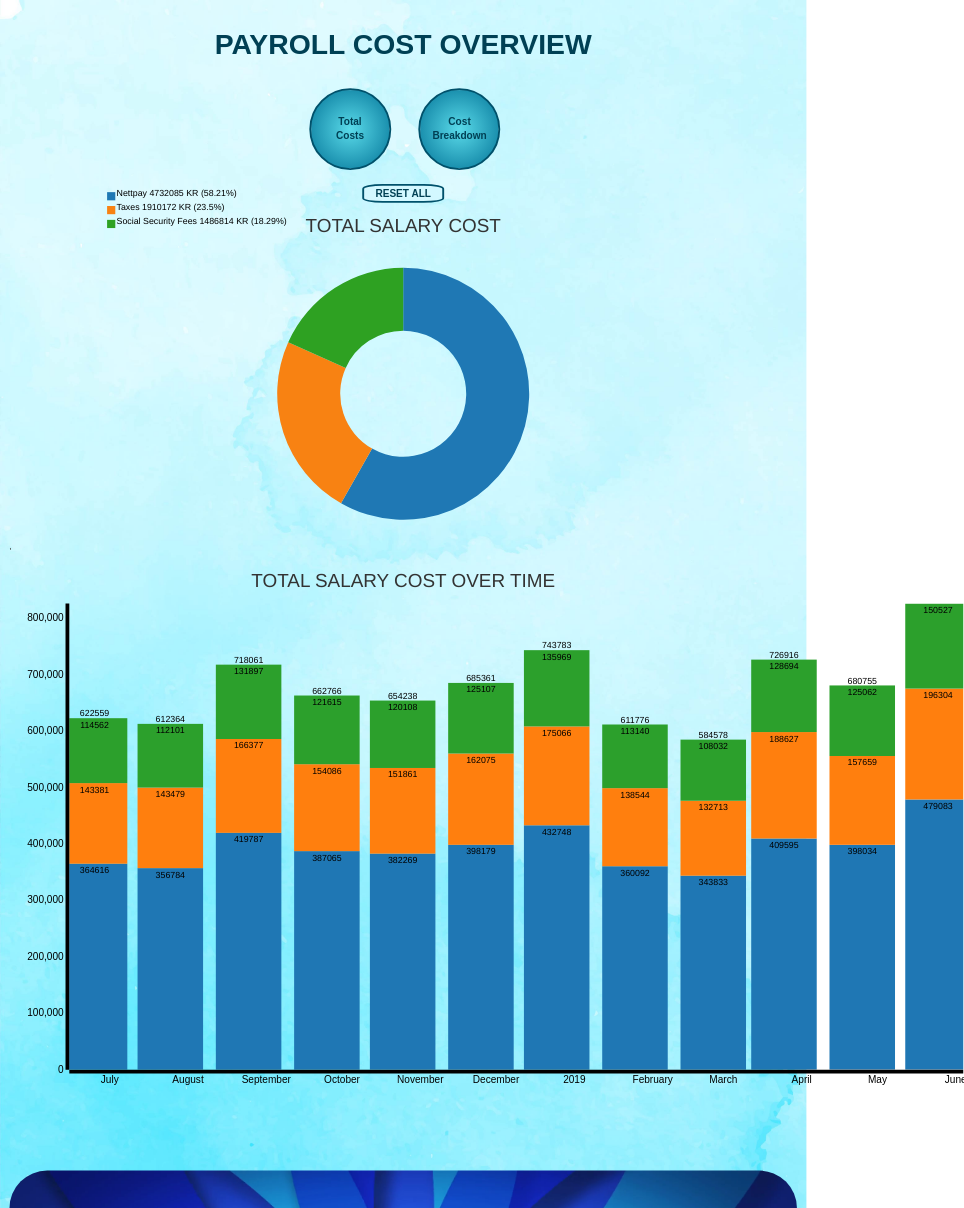
Repository: Code-Institute-Submissions/danfiliphoff-Milestoneproject-2
Page: total_cost.html
The author's editor kept a record of every edit. The page is drawn from the files as they stood at one moment, then again after the next edit.
The browser window is 1280 px wide. The page is 1530 px wide, so the pictures cover 1530 px, including what lies to the right of the window. The pictures show the whole page, at 63% of full size.

Above is the page before.

After the next edit:
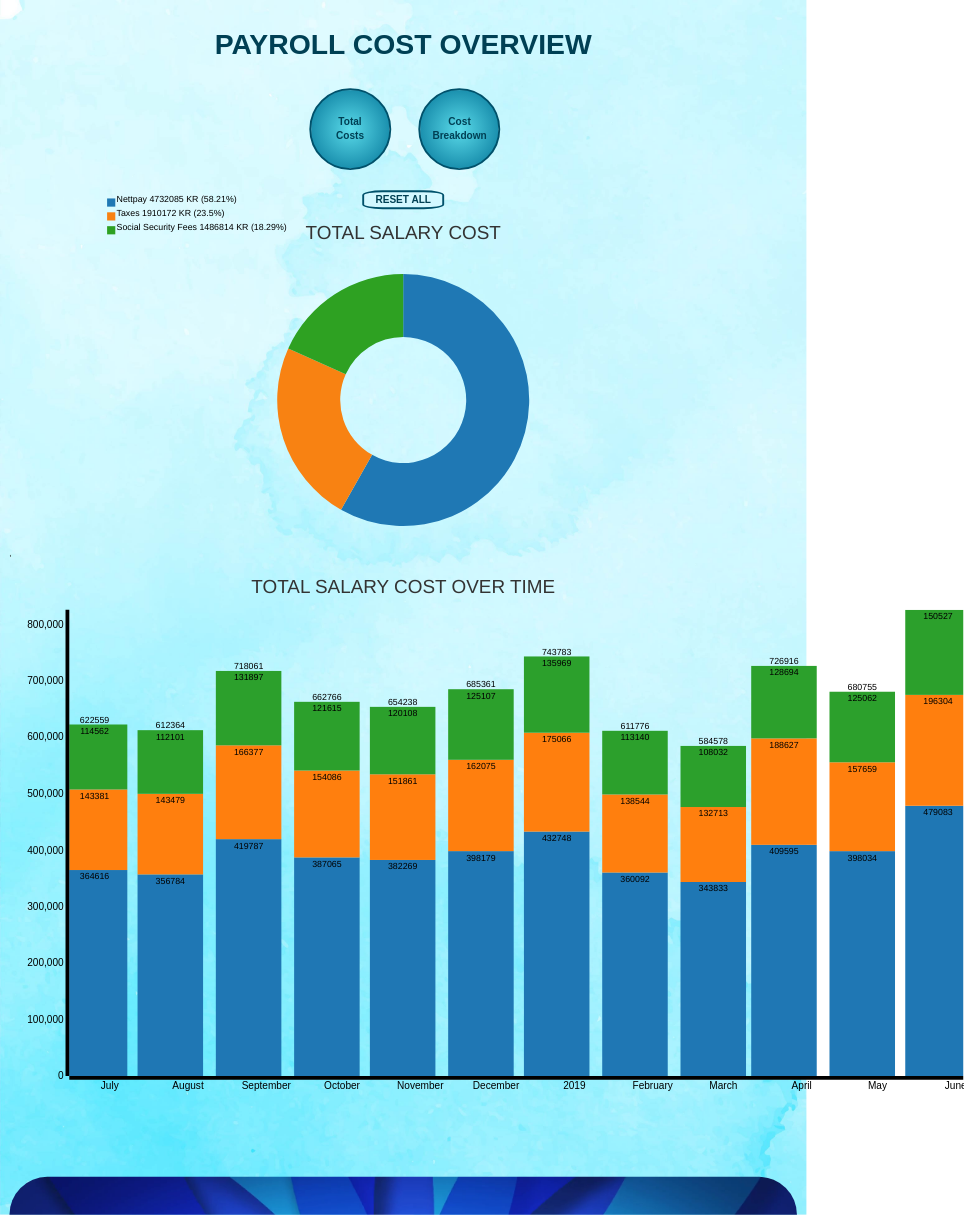
The edit:
--- a/static/css/style.css
+++ b/static/css/style.css
@@ -161,7 +161,7 @@
     text-transform: uppercase;
 }
 
-#index-background > div > div.container > div:nth-child(2) > div > button
+#index-background > div > div.container > div:nth-child(2) > div > button,
 #index-background > div > div.row > div > button{
     margin-top:10px!important;
 }

After the 2 edits that followed:
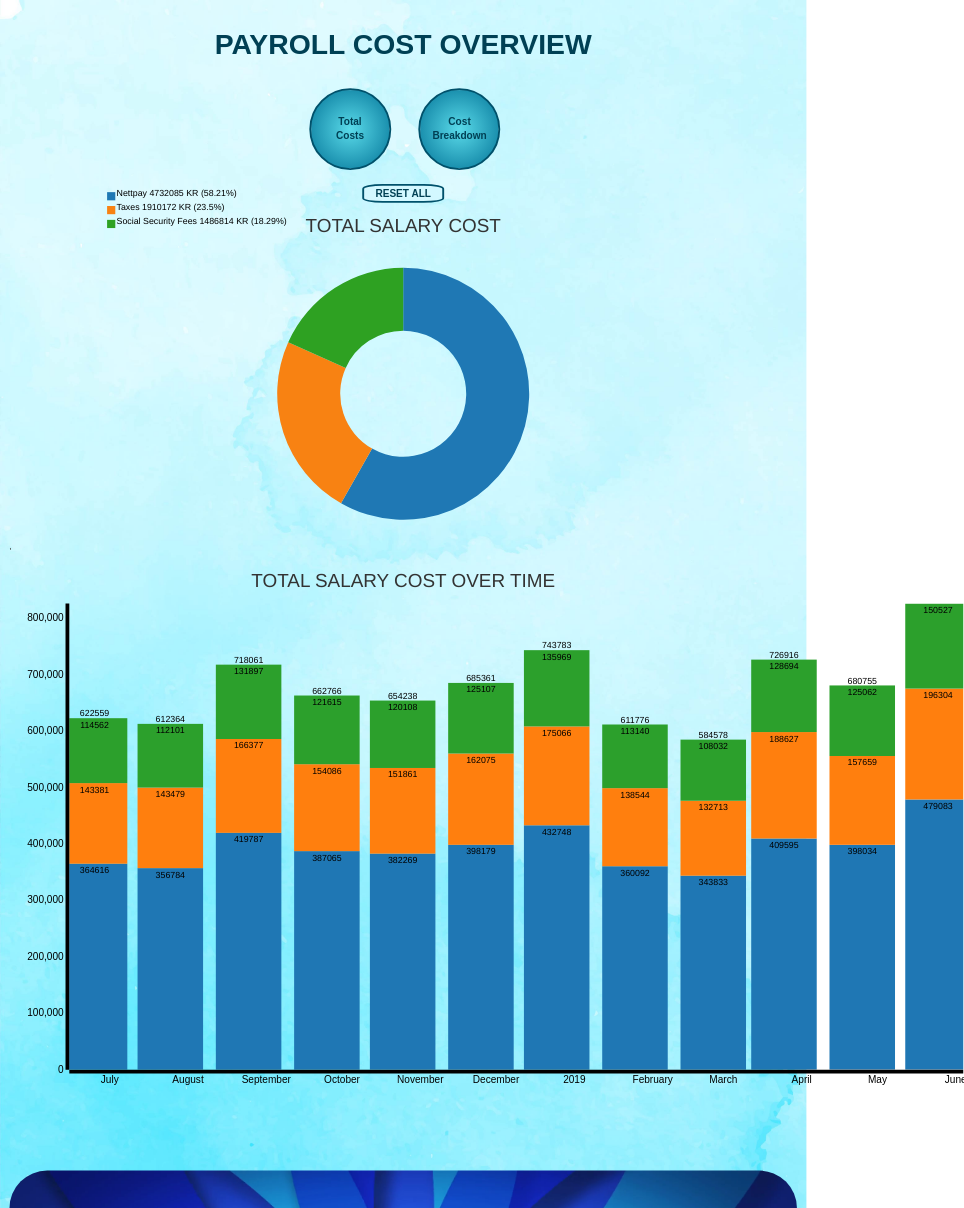
The 2 edits are shown as one change because 1 left the picture as it was.
The edit:
--- a/static/css/style.css
+++ b/static/css/style.css
@@ -161,14 +161,11 @@
     text-transform: uppercase;
 }
 
-#index-background > div > div.container > div:nth-child(2) > div > button,
-#index-background > div > div.row > div > button{
+#index-background > div > div.container > div:nth-child(2) > div > button{
     margin-top:10px!important;
 }
 
-#index-background > div > div.container > div:nth-child(2) > div > button{
-
-}
+
 
 .btn-default{
     padding-top:1px!important;
